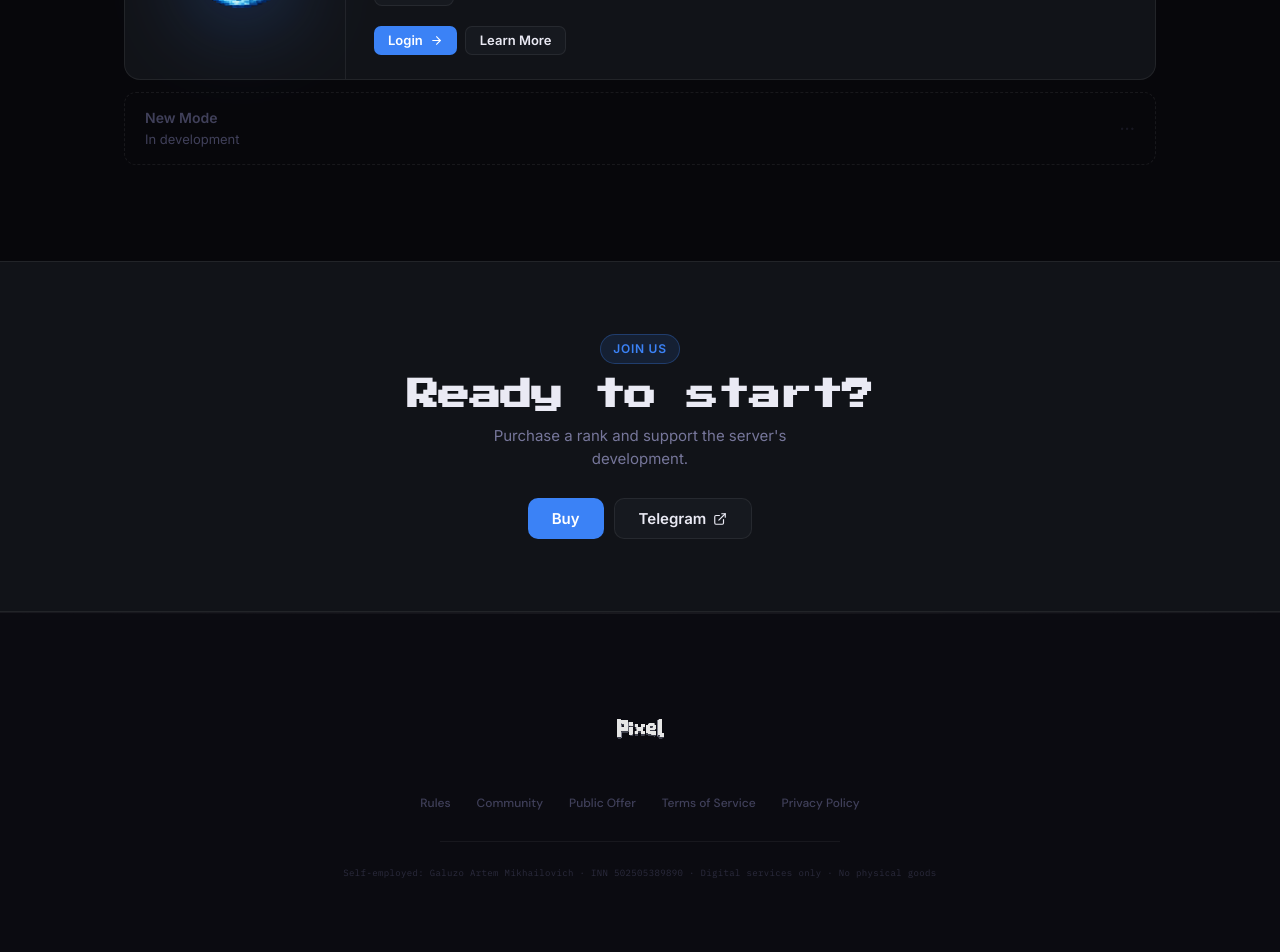
Repository: vanzero1448/sdfsdfsdfsdfsdfvhjvdfbudfgib
Page: / (app in front/)
These files come from the project's save history. The page is drawn as it stood at one moment and after a run of saves; the edit follows.
The browser window is 1280 px wide. The pictures show the part of the page from y = 1085 to 2037 px (the page is 2037 px tall).
Some web libraries are served in a nearby version. The project was rebuilt for these pictures with package versions that can differ from the ones it lists, and the page was loaded fresh each time. Also part of the build but not shown: front/next.config.mjs, front/vite.config.ts, front/app/Donate.tsx.

Above is the page before, as saved 2026-02-25 12:30:36.

### front/index.html
<!doctype html>
<html lang="ru">
  <head>
    <meta charset="UTF-8" />
    <meta name="viewport" content="width=device-width, initial-scale=1.0" />
    <title>IceTale | Hytale Server</title>
    <script src="https://cdn.tailwindcss.com"></script>
    <link
      href="https://fonts.googleapis.com/css2?family=Press+Start+2P&family=VT323&display=swap"
      rel="stylesheet"
    />
    <style>
      :root {
        --accent: #67e8f9;
      }
      body {
        font-family: "VT323", monospace;
        background-color: #0b162d;
        color: #e2e8f0;
        overflow-x: hidden;
        image-rendering: pixelated;
      }
      h1,
      h2,
      h3,
      h4,
      h5,
      h6 {
        font-family: "Press Start 2P", cursive;
      }

      /* Pixel scrollbar */
      ::-webkit-scrollbar {
        width: 18px;
      }
      ::-webkit-scrollbar-track {
        background: #0b162d;
        border-left: 3px solid #334155;
      }
      ::-webkit-scrollbar-thumb {
        background: #67e8f9;
        border: 3px solid #0b162d;
        box-shadow: inset 0 0 0 2px #000;
      }

      .pixel-box {
        background: #162a4a;
        border: 4px solid #000;
        box-shadow: 10px 10px 0 #000;
      }

      .pixel-btn {
        display: inline-block;
        border: 4px solid #000;
        background-color: #67e8f9;
        color: #0b162d;
        font-family: "VT323", monospace;
        font-size: 1.6rem;
        text-transform: uppercase;
        padding: 16px 32px;
        cursor: pointer;
        box-shadow:
          inset -6px -6px 0 rgba(0, 0, 0, 0.6),
          inset 6px 6px 0 rgba(255, 255, 255, 0.4);
        transition: all 0.1s linear;
      }
      .pixel-btn:hover {
        background-color: #a5f3fc;
      }
      .pixel-btn:active {
        transform: translate(4px, 4px);
        box-shadow:
          inset -3px -3px 0 rgba(0, 0, 0, 0.6),
          inset 3px 3px 0 rgba(255, 255, 255, 0.4);
      }

      .neon-cyan {
        text-shadow:
          0 0 10px #67e8f9,
          0 0 20px #67e8f9,
          4px 4px 0 #000;
      }

      .text-shadow-pixel {
        text-shadow: 4px 4px 0 #000;
      }

      .scanlines {
        background: linear-gradient(
          to bottom,
          transparent 50%,
          rgba(0, 0, 0, 0.25) 50%
        );
        background-size: 100% 6px;
        position: fixed;
        inset: 0;
        pointer-events: none;
        z-index: 9999;
        opacity: 0.2;
        mix-blend-mode: overlay;
      }
    </style>
    <script type="importmap">
      {
        "imports": {
          "react-dom/": "https://esm.sh/react-dom@^19.2.4/",
          "@google/genai": "https://esm.sh/@google/genai@^1.42.0",
          "lucide-react": "https://esm.sh/lucide-react@^0.575.0",
          "react/": "https://esm.sh/react@^19.2.4/",
          "react": "https://esm.sh/react@^19.2.4"
        }
      }
    </script>
  </head>
  <body>
    <div id="root"></div>
    <script type="module" src="/index.tsx"></script>
  </body>
</html>

### front/index.tsx
import React from "react";
import ReactDOM from "react-dom/client";
import "./index.css";
import App from "./App";

const root = ReactDOM.createRoot(
  document.getElementById("root") as HTMLElement,
);

root.render(
  <React.StrictMode>
    <App />
  </React.StrictMode>,
);

### front/App.tsx
import React, { useState, useEffect } from "react";
import { Navbar } from "./components/Navbar";
import { Footer } from "./components/Footer";
import { Home } from "./app/Home";
import { Donate } from "./app/Donate";
import { Community } from "./app/Community";
import { Rules } from "./app/Rules";
import { Offer } from "./app/Offer";
import { Terms } from "./app/Terms";
import { Privacy } from "./app/Privacy";
import { Page } from "./types";

export default function App() {
  const [page, setPage] = useState<Page>(Page.HOME);

  useEffect(() => {
    window.scrollTo({ top: 0, behavior: "smooth" });
  }, [page]);

  const render = () => {
    switch (page) {
      case Page.HOME:
        return <Home onNavigate={setPage} />;
      case Page.DONATE:
        return <Donate />;
      case Page.COMMUNITY:
        return <Community />;
      case Page.RULES:
        return <Rules />;
      case Page.OFFER:
        return <Offer />;
      case Page.TERMS:
        return <Terms />;
      case Page.PRIVACY:
        return <Privacy />;
      default:
        return <Home onNavigate={setPage} />;
    }
  };

  return (
    <>
      <Navbar currentPage={page} onNavigate={setPage} />
      <main>{render()}</main>
      <Footer onNavigate={setPage} />
    </>
  );
}

### front/components/Navbar.tsx
import React, { useState, useEffect } from "react";
import { Menu, X } from "lucide-react";
import { Page, NavItem } from "../types";

interface Props {
  currentPage: Page;
  onNavigate: (p: Page) => void;
}

const LINKS: NavItem[] = [
  { label: "Home", page: Page.HOME },
  { label: "Store", page: Page.DONATE },
  { label: "Rules", page: Page.RULES },
  { label: "Community", page: Page.COMMUNITY },
];

export const Navbar: React.FC<Props> = ({ currentPage, onNavigate }) => {
  const [solid, setSolid] = useState(false);
  const [open, setOpen] = useState(false);

  useEffect(() => {
    const fn = () => setSolid(window.scrollY > 20);
    window.addEventListener("scroll", fn);
    return () => window.removeEventListener("scroll", fn);
  }, []);

  const go = (p: Page) => {
    onNavigate(p);
    setOpen(false);
  };

  return (
    <nav className={`navbar ${solid ? "solid" : ""}`}>
      <div className="navbar-inner">
        {/* Логотип (только картинка, без текста) */}
        <button
          className="logo"
          onClick={() => go(Page.HOME)}
          style={{
            padding: 0,
            border: "none",
            background: "transparent",
            cursor: "pointer",
            display: "flex",
            alignItems: "center",
          }}
        >
          <img
            src="/img/ice.png"
            alt="Pixel Logo"
            style={{ width: 100, height: 600, objectFit: "contain" }}
          />
        </button>

        <div className="nav-links">
          {LINKS.map((l) => (
            <button
              key={l.page}
              className={`nav-link ${currentPage === l.page ? "active" : ""}`}
              onClick={() => go(l.page)}
            >
              {l.label}
            </button>
          ))}
          <div className="nav-sep" />
          <div style={{ display: "flex", alignItems: "center", gap: 6 }}>
            <div className="online-dot" />
            <span style={{ fontSize: 13, color: "var(--t2)", fontWeight: 500 }}>
              Online
            </span>
          </div>
        </div>

        <button className="nav-mobile-btn" onClick={() => setOpen(!open)}>
          {open ? <X size={20} /> : <Menu size={20} />}
        </button>
      </div>

      {open && (
        <div className="nav-mobile-menu">
          {LINKS.map((l) => (
            <button
              key={l.page}
              className={`nav-mobile-link ${currentPage === l.page ? "active" : ""}`}
              onClick={() => go(l.page)}
            >
              {l.label}
            </button>
          ))}
        </div>
      )}
    </nav>
  );
};

### front/app/Home.tsx
import React, { useState } from "react";
import {
  Copy,
  Check,
  ArrowRight,
  ExternalLink,
  LogIn,
  User,
} from "lucide-react";
import { Page } from "../types";
// Ensure AuthModal is imported in your actual code:
// import { AuthModal } from "./AuthModal";

interface Props {
  onNavigate: (p: Page) => void;
}

export const Home: React.FC<Props> = ({ onNavigate }) => {
  const [copied, setCopied] = useState(false);
  const [showAuth, setShowAuth] = useState(false);
  const [launcherTokens, setLauncherTokens] = useState<any>(null);

  const copy = () => {
    navigator.clipboard.writeText("play.pixel.net").catch(() => {});
    setCopied(true);
    setTimeout(() => setCopied(false), 2000);
  };

  const handleLoginSuccess = (tokens: any) => {
    setLauncherTokens(tokens);
    setShowAuth(false);
  };

  return (
    <>
      <style>{`
        @keyframes float {
          0%, 100% { transform: translateY(0px) rotate(-1deg); }
          50%       { transform: translateY(-14px) rotate(1deg); }
        }
        .survival-img {
          animation: float 5s ease-in-out infinite;
          filter: drop-shadow(0 20px 40px rgba(59,130,246,0.25));
        }
      `}</style>

      {/* AuthModal - Requires the component to be imported */}
      {showAuth && (
        <div className="auth-modal-placeholder">
          {/* <AuthModal onClose={() => setShowAuth(false)} onLoginSuccess={handleLoginSuccess} onNavigate={onNavigate} /> */}
        </div>
      )}

      {/* ── HERO ── */}
      <section className="hero">
        <div className="hero-bg">
          <video
            autoPlay
            loop
            muted
            playsInline
            style={{ width: "100%", height: "100%", objectFit: "cover" }}
          >
            <source src="/img/fight.mp4" type="video/mp4" />
            <img
              src="/img/view.jpeg"
              alt="Background"
              style={{ width: "100%", height: "100%", objectFit: "cover" }}
            />
          </video>
        </div>
        <div className="hero-scrim" />

        <div className="container hero-content" style={{ width: "100%" }}>
          <div style={{ maxWidth: 600 }}>
            <div className="fade-in d1" style={{ marginBottom: 24 }}>
              <div className="status-pill">
                <div className="online-dot" />
                <span style={{ color: "var(--t2)" }}>
                  Server is online · Hytale Alpha
                </span>
              </div>
            </div>

            <h1
              className="fade-up d2"
              style={{
                fontSize: 72,
                fontWeight: 800,
                color: "#fff",
                marginBottom: 20,
                lineHeight: 1.05,
              }}
            >
              First
              <br />
              <span style={{ color: "var(--blue)" }}>and best</span>
            </h1>

            <p
              className="fade-up d3"
              style={{
                fontSize: 17,
                color: "rgba(255,255,255,0.6)",
                lineHeight: 1.7,
                marginBottom: 36,
                maxWidth: 460,
              }}
            >
              Build networks, gather factions, explore the system. Pixel is a
              next-generation Hytale server.
            </p>

            <div
              className="fade-up d4"
              style={{ display: "flex", gap: 10, flexWrap: "wrap" }}
            >
              {launcherTokens ? (
                <button
                  className="btn btn-blue btn-lg"
                  onClick={() => onNavigate(Page.DONATE)}
                >
                  <User size={16} />
                  {launcherTokens.uuid?.slice(0, 8)}… · Play Now
                  <ArrowRight size={16} />
                </button>
              ) : (
                <button
                  className="btn btn-blue btn-lg"
                  onClick={() => setShowAuth(true)}
                >
                  <LogIn size={16} />
                  Login & Play
                </button>
              )}

              <button className="btn btn-ghost btn-lg" onClick={copy}>
                {copied ? (
                  <>
                    <Check size={15} /> Copied
                  </>
                ) : (
                  <>
                    <Copy size={15} /> play.pixel.net
                  </>
                )}
              </button>
            </div>
          </div>
        </div>

        <div
          style={{
            position: "absolute",
            bottom: 32,
            left: "50%",
            transform: "translateX(-50%)",
            opacity: 0.35,
          }}
        >
          <div
            style={{
              width: 1,
              height: 48,
              background: "linear-gradient(to bottom, white, transparent)",
            }}
          />
        </div>
      </section>

      {/* ── MODES ── */}
      <section className="section" style={{ background: "var(--bg)" }}>
        <div className="container">
          <div style={{ marginBottom: 36 }}>
            <div className="tag" style={{ marginBottom: 12 }}>
              Game Modes
            </div>
            <h2 style={{ fontSize: 34, fontWeight: 700 }}>
              Choose your journey
            </h2>
          </div>

          <div
            className="card"
            style={{ marginBottom: 12, overflow: "visible" }}
          >
            <div
              style={{
                display: "flex",
                alignItems: "center",
                flexWrap: "wrap",
                gap: 0,
              }}
            >
              <div
                style={{
                  width: 220,
                  flexShrink: 0,
                  display: "flex",
                  alignItems: "center",
                  justifyContent: "center",
                  padding: "24px 16px 24px 28px",
                }}
              >
                <img
                  src="/img/survival.jpg"
                  alt="Survival ONE"
                  className="survival-img"
                  style={{
                    width: "100%",
                    maxWidth: 170,
                    height: "auto",
                    objectFit: "contain",
                    display: "block",
                  }}
                />
              </div>

              <div
                style={{
                  width: 1,
                  alignSelf: "stretch",
                  background: "var(--line)",
                  flexShrink: 0,
                }}
              />

              <div style={{ flex: 1, padding: "24px 28px", minWidth: 220 }}>
                <div
                  style={{
                    display: "flex",
                    alignItems: "center",
                    gap: 8,
                    marginBottom: 10,
                  }}
                >
                  <div className="pill">Available</div>
                  <h3 style={{ fontSize: 18, fontWeight: 700 }}>
                    Survival ONE
                  </h3>
                </div>

                <p
                  style={{
                    color: "var(--t2)",
                    fontSize: 14,
                    lineHeight: 1.65,
                    marginBottom: 20,
                  }}
                >
                  Hardcore survival with unique world generation, technical
                  artifacts, and a complex faction system.
                </p>

                <div
                  style={{
                    display: "flex",
                    alignItems: "center",
                    gap: 10,
                    marginBottom: 20,
                  }}
                >
                  <div
                    style={{
                      background: "var(--bg-2)",
                      border: "1px solid var(--line)",
                      borderRadius: 8,
                      padding: "8px 16px",
                      display: "flex",
                      flexDirection: "column",
                      alignItems: "center",
                      minWidth: 80,
                    }}
                  >
                    <span
                      style={{
                        fontSize: 22,
                        fontWeight: 700,
                        color: "var(--t1)",
                        letterSpacing: "-0.04em",
                        lineHeight: 1,
                      }}
                    >
                      500
                    </span>
                    <span
                      style={{
                        fontSize: 11,
                        fontWeight: 600,
                        color: "var(--t3)",
                        textTransform: "uppercase",
                        letterSpacing: ".07em",
                        marginTop: 3,
                      }}
                    >
                      slots
                    </span>
                  </div>
                </div>

                <div style={{ display: "flex", gap: 8, flexWrap: "wrap" }}>
                  <button
                    className="btn btn-blue btn-sm"
                    onClick={() =>
                      launcherTokens
                        ? onNavigate(Page.DONATE)
                        : setShowAuth(true)
                    }
                  >
                    {launcherTokens ? "Play Now" : "Login"}{" "}
                    <ArrowRight size={13} />
                  </button>
                  <button
                    className="btn btn-ghost btn-sm"
                    onClick={() => onNavigate(Page.COMMUNITY)}
                  >
                    Learn More
                  </button>
                </div>
              </div>
            </div>
          </div>

          <div
            style={{
              border: "1px dashed rgba(255,255,255,0.07)",
              borderRadius: 12,
              padding: "14px 20px",
              display: "flex",
              justifyContent: "space-between",
              alignItems: "center",
              color: "var(--t3)",
            }}
          >
            <div>
              <div style={{ fontWeight: 600, fontSize: 14, marginBottom: 2 }}>
                New Mode
              </div>
              <div style={{ fontSize: 13 }}>In development</div>
            </div>
            <div style={{ fontSize: 18, opacity: 0.3 }}>···</div>
          </div>
        </div>
      </section>

      {/* ── CTA ── */}
      <section
        style={{
          background: "var(--bg-1)",
          padding: "72px 0",
          borderTop: "1px solid var(--line)",
          borderBottom: "1px solid var(--line)",
        }}
      >
        <div
          className="container"
          style={{
            display: "flex",
            flexDirection: "column",
            alignItems: "center",
            textAlign: "center",
          }}
        >
          <div className="tag" style={{ marginBottom: 14 }}>
            Join Us
          </div>
          <h2 style={{ fontSize: 32, fontWeight: 700, marginBottom: 12 }}>
            Ready to start?
          </h2>
          <p
            style={{
              color: "var(--t2)",
              fontSize: 15,
              marginBottom: 28,
              maxWidth: 360,
            }}
          >
            Purchase a rank and support the server's development.
          </p>
          <div
            style={{
              display: "flex",
              gap: 10,
              flexWrap: "wrap",
              justifyContent: "center",
            }}
          >
            <button
              className="btn btn-blue btn-lg"
              onClick={() =>
                launcherTokens ? onNavigate(Page.DONATE) : setShowAuth(true)
              }
            >
              {launcherTokens ? "Go to Store" : "Buy"}
            </button>
            <a
              href="https://t.me/pixelhyt"
              target="_blank"
              rel="noopener noreferrer"
              className="btn btn-ghost btn-lg"
              style={{ textDecoration: "none" }}
            >
              Telegram <ExternalLink size={14} />
            </a>
          </div>
        </div>
      </section>
    </>
  );
};

### front/types.ts
export enum Page {
  HOME = "home",
  DONATE = "donate",
  COMMUNITY = "community",
  RULES = "rules",
  OFFER = "offer",
  TERMS = "terms",
  PRIVACY = "privacy",
}

export interface NavItem {
  label: string;
  page: Page;
}

export interface Rank {
  id: string;
  name: string;
  price: number;
  features: string[];
  color: string;
  popular?: boolean;
}

export interface ChatMessage {
  id: string;
  role: "user" | "model";
  text: string;
  timestamp: Date;
}

Loaded but not shown: front/app/Offer.tsx (418 lines, source omitted); front/app/Privacy.tsx (419 lines, source omitted); front/app/Terms.tsx (404 lines, source omitted); front/app/Rules.tsx (494 lines, source omitted); front/app/Community.tsx (364 lines, source omitted); front/index.css (677 lines, source omitted); front/components/Footer.tsx (75 lines, source omitted)

After the next 2 saves:
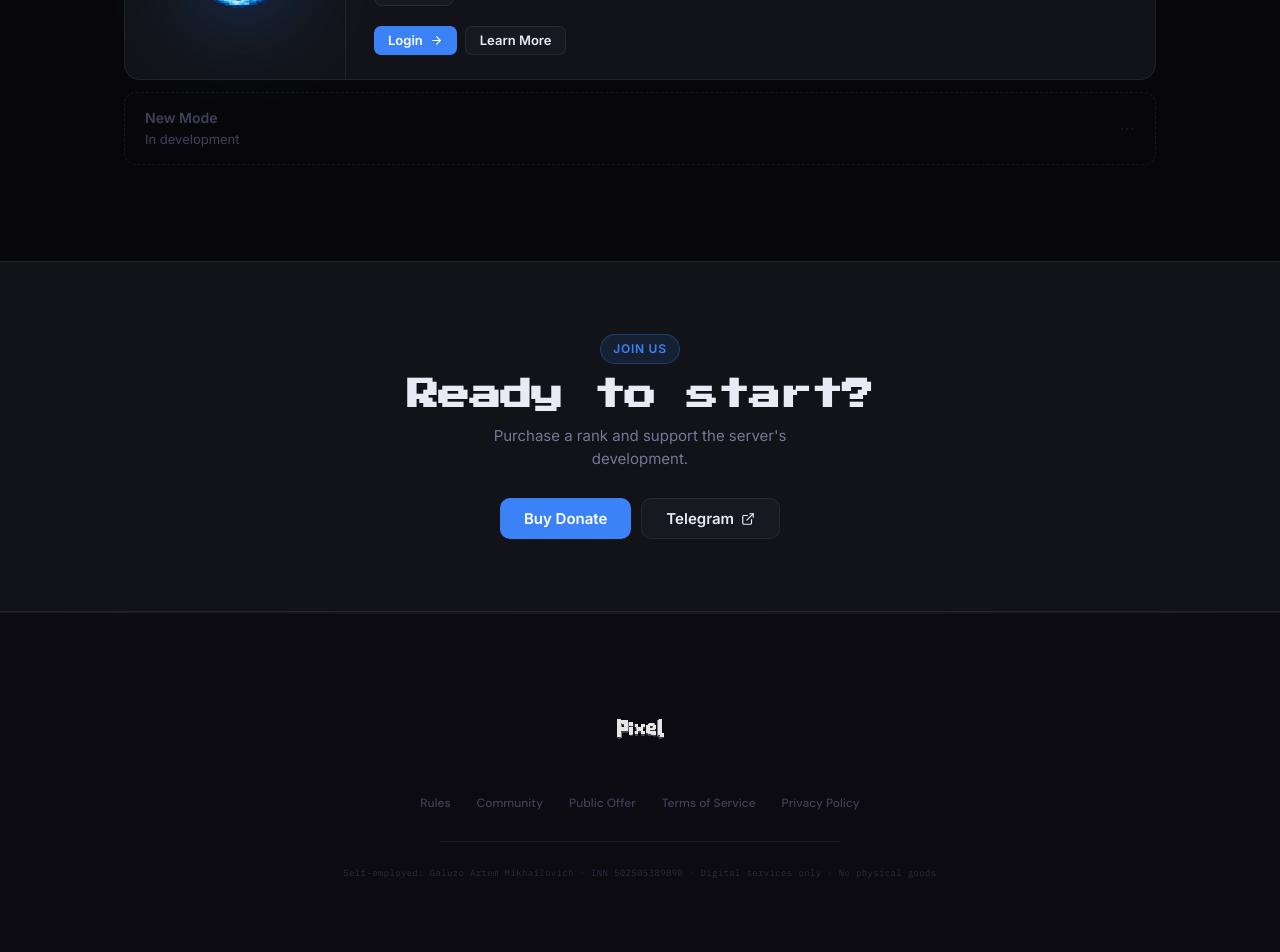
The 2 saves are shown as one change because they came seconds apart.
The last was saved 8 s later.
--- a/front/app/Home.tsx
+++ b/front/app/Home.tsx
@@ -391,7 +391,7 @@ export const Home: React.FC<Props> = ({ onNavigate }) => {
                 launcherTokens ? onNavigate(Page.DONATE) : setShowAuth(true)
               }
             >
-              {launcherTokens ? "Go to Store" : "Buy"}
+              {launcherTokens ? "Go to Store" : "Buy Donate"}
             </button>
             <a
               href="https://t.me/pixelhyt"
